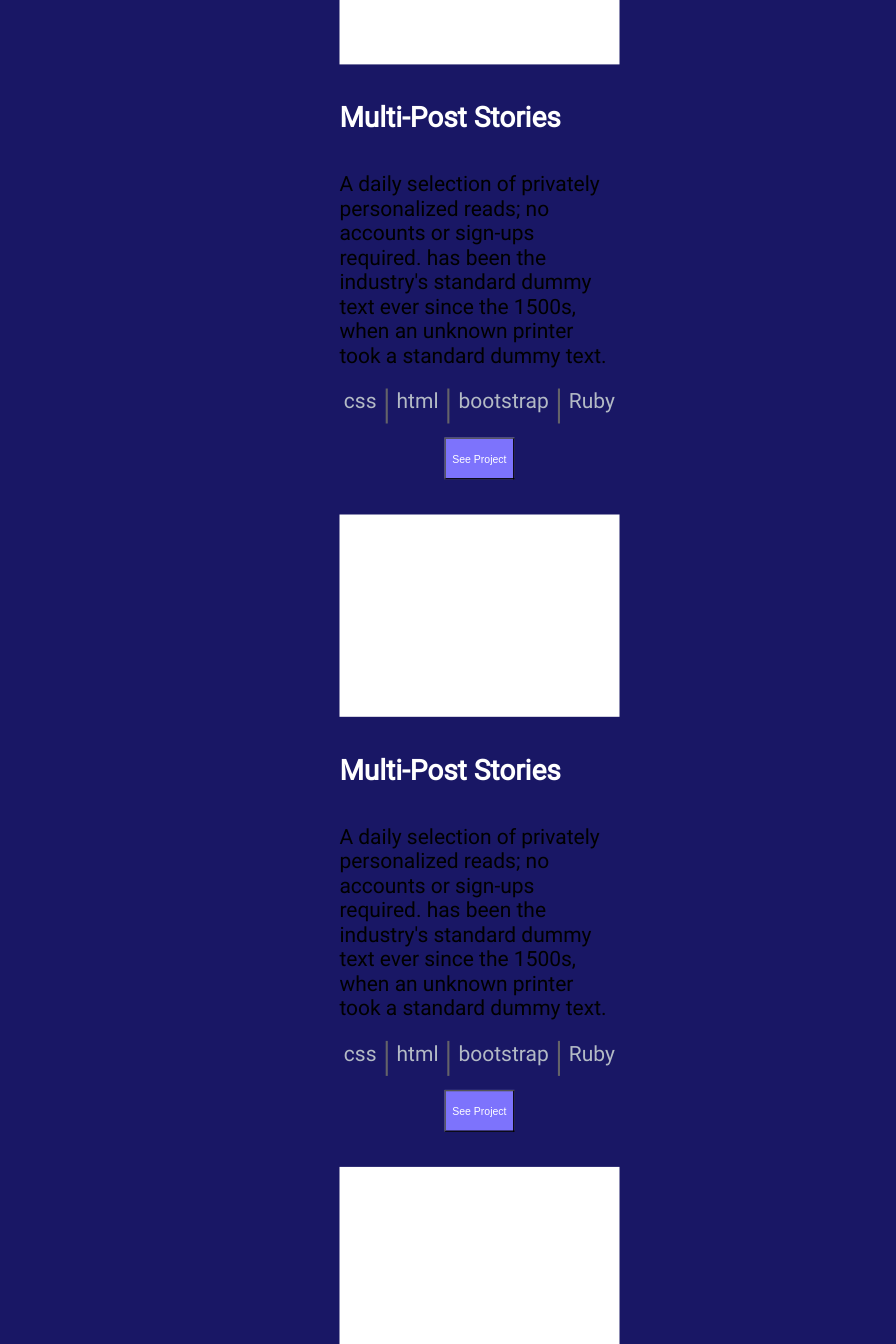
Repository: mustabbas/Portfolio
Page: index.html
The author's editor kept a copy of each file at every save. The page is drawn from the files as they stood at one save, then again after the next save.
The browser window is 1280 px wide. The pictures show the part of the page from y = 1410 to 3330 px (the page is 5808 px tall), at 70% of full size.

Above is the page before, as saved 2021-08-16 19:04:46.

### index.html
<!DOCTYPE html>
<html lang="en">
<head>
    <meta charset="UTF-8">
    <meta name="viewport" content="width=device-width, initial-scale=1.0">
    <meta http-equiv="X-UA-Compatible" content="ie=edge">
    <link rel="stylesheet" href="style.css"/>
    <title>Mustafa Portfolio</title>
</head>
<body>
    <section class="container">
        <header class="header">
            <a href="#"><h2>Mustafa Abbas</h2></a>
            <nav class="humberger">
            <img  src="./assets/img/humberger.png" alt="humberger"/>
            <img  src="./assets/img/humberger.png" alt="humberger"/>
            <img  src="./assets/img/humberger.png" alt="humberger"/>
            </nav>
            <ul class="main-nav">
                <li><a href="#">Portoflio</a></li>
                <li><a href="#">About</a></li>
                <li><a href="#">Contact</a></li>
                <li ><a href="#"><img class="email-pic" src="./assets/img/Icon-Mail.png" alt="email"/></a></li >
            </ul>
        </header>
        <div class="head-wraper">
            <div class="title-wraper">
                <h1>Mustafa Abbas</h1>
                <h2>Software Developer</h2>
            </div>
        </div>
        <div class="box"><p>I can help you build a product , feature or website Look through some of my work and experience! If you like what you see and have a project you need coded,  don’t hestiate to contact me.</p></div>
        <div class="line"></div>
        <div class="skills">
        <ul>
            <li>Language</li>
            <li>Javascript</li>
            <li>Ruby</li>
            <li>Html</li>
            <li>Css</li>
        </ul>
        <ul>
            <li>Frameworks</li>
            <li>Ruby on Rails</li>
            <li>Bootstrap</li>
            <li>RSPec</li>
            <li>CapyBara</li>
        </ul>
        <ul>
            <li>Skills</li>
            <li>Codekit</li>
            <li>Github</li>
            <li>Codepen</li>
            <li>Gitlab</li>
        </ul>
      </div>
      <div class="line"></div>
    </section>
        <div class="footer-nav">
            <div class="work-container upper">
            <span>Work</span>
            <div class="arrow-container">
            <img src="./assets/img/Vector-line-arrow.png" alt="Vector-line-arrow"/>
            <img src="./assets/img/Vector-arrow.png" alt="Vector-arrow"/>
             </div>
            </div>
            <div class="vector-container">
                <ul>
                    <li><img src="./assets/img/Vector-github.png" alt="Vector-github"/></li>
                    <li>
                        <div class="linked-container">
                            <div>
                                <img src="./assets/img/Vector-dot-linkedin.png" alt="Vector-dot-linkedin"/>
                                <img src="./assets/img/Vector-line-linkedin.png" alt="Vector-line-linkedin"/>
                          </div>
                                <img id="vector2" src="./assets/img/Vector-n-linkedin.png" alt="Vector-n-linkedin"/>
                         </div>
                    </li>
                    <li> <img src="./assets/img/Vector.png" alt="Vector"/></li>
                    <li><img src="./assets/img/Vector-twitter.png" alt="Vector-twitter"/></li>
                    <li> <img src="./assets/img/Vector-M.png" alt="Vector-M"/></li>
                </ul>

             </div>
             <div class="work-container">
            <div class="arrow-container">
            <img src="./assets/img/Vector-line-arrow.png" alt="Vector-line-arrow"/>
            <img src="./assets/img/Vector-arrow.png" alt="Vector-arrow"/>
            </div>
            <span>Work</span>
            </div>
        </div>
    <section class="recent-work">
    <h3>My recent work</h3>
    <div class="line"></div>
    <div class="card">
       <img src="./assets/img/Placeholder.png" alt="Placeholder"/>
       <div class="card-body">
           <h4>Multi-Post Stories</h4>
           <p>A daily selection of privately personalized reads; no accounts or sign-ups required. has been the industry's standard dummy text ever since the 1500s, when an unknown printer took a standard dummy text.</p>
            <ul>
                <li>css</li>
                <li class="vertical-line"></li>
                <li>html</li>
                <li class="vertical-line"></li>
                <li>bootstrap</li>
                <li class="vertical-line"></li>
                <li>Ruby</li>
            </ul>
            <button class="button">See Project</button>
       </div>
    </div>
    <div class="card">
        <img src="./assets/img/Placeholder.png" alt="Placeholder"/>
        <div class="card-body">
            <h4>Multi-Post Stories</h4>
            <p>A daily selection of privately personalized reads; no accounts or sign-ups required. has been the industry's standard dummy text ever since the 1500s, when an unknown printer took a standard dummy text.</p>
             <ul>
                 <li>css</li>
                 <li class="vertical-line"></li>
                 <li>html</li>
                 <li class="vertical-line"></li>
                 <li>bootstrap</li>
                 <li class="vertical-line"></li>
                 <li>Ruby</li>
             </ul>
             <button class="button">See Project</button>
        </div>
     </div>
     <div class="card">
        <img src="./assets/img/Placeholder.png" alt="Placeholder"/>
        <div class="card-body">
            <h4>Multi-Post Stories</h4>
            <p>A daily selection of privately personalized reads; no accounts or sign-ups required. has been the industry's standard dummy text ever since the 1500s, when an unknown printer took a standard dummy text.</p>
             <ul>
                 <li>css</li>
                 <li class="vertical-line"></li>
                 <li>html</li>
                 <li class="vertical-line"></li>
                 <li>bootstrap</li>
                 <li class="vertical-line"></li>
                 <li>Ruby</li>
             </ul>
             <button class="button">See Project</button>
        </div>
     </div>
     <div class="card">
        <img src="./assets/img/Placeholder.png" alt="Placeholder"/>
        <div class="card-body">
            <h4>Multi-Post Stories</h4>
            <p>A daily selection of privately personalized reads; no accounts or sign-ups required. has been the industry's standard dummy text ever since the 1500s, when an unknown printer took a standard dummy text.</p>
             <ul>
                 <li>css</li>
                 <li class="vertical-line"></li>
                 <li>html</li>
                 <li class="vertical-line"></li>
                 <li>bootstrap</li>
                 <li class="vertical-line"></li>
                 <li>Ruby</li>
             </ul>
             <button class="button">See Project</button>
        </div>
     </div>
    </section>

    <section class="card-container">
        <div class="card">
        <div class="card-body">
        <h3>CONTACT US</h3>
        <p>If you have an application you are interested in developing, a feature that you need built or a project that needs coding. I’d love to help with it </p>
        <input type="text" placeholder="Text Input" />
        <input type="email" placeholder="jeremy@gmail.com" />
        <textarea rows="15" cols="48" placeholder="Enter text here"></textarea>
        <button class="button">See Project</button>
        </div>
        <div class="footer-nav">
            <div class="work-container upper">
            <span>Work</span>
            <div class="arrow-container">
            <img src="./assets/img/Vector-line-arrow.png" alt="Vector-line-arrow"/>
            <img src="./assets/img/Vector-arrow.png" alt="Vector-arrow"/>
             </div>
            </div>
            <div class="vector-container">
                <ul>
                    <li><img src="./assets/img/Vector-github.png" alt="Vector-github"/></li>
                    <li>
                        <div class="linked-container">
                            <div>
                                <img src="./assets/img/Vector-dot-linkedin.png" alt="Vector-dot-linkedin"/>
                                <img src="./assets/img/Vector-line-linkedin.png" alt="Vector-line-linkedin"/>
                          </div>
                                <img src="./assets/img/Vector-n-linkedin.png" alt="Vector-n-linkedin"/>
                         </div>
                    </li>
                    <li> <img src="./assets/img/Vector.png" alt="Vector"/></li>
                    <li><img src="./assets/img/Vector-twitter.png" alt="Vector-twitter"/></li>
                    <li> <img src="./assets/img/Vector-M.png" alt="Vector-M"/></li>
                </ul>

             </div>
            <span>emailhere@email.com</span>
        </div>
    </div>
    </section>


</body>
</html>

### style.css
@font-face {
  font-family: 'roboto';
  src: url(assets/font/Roboto/Roboto-Regular.ttf);
}

body {
  background-color: #191765;
  font-family: 'roboto', sans-serif;
}

ul {
  margin: 0;
  padding: 0;
  list-style: none;
}

h1 {
  color: #9390ff;
}

p,
h2,
td,
li,
a,
span {
  color: #b3bac5;
}
p {color: black;}

.header {
  display: flex;
  justify-content: space-around;
  align-items: center;
}

.header a {
  text-decoration: none;
}

.main-nav {
  display: flex;
}

.main-nav a {
  display: block;
  padding: 1em;
  text-decoration: none;
}

.head-wraper {
  display: flex;
  justify-content: center;
  align-items: center;
  background-image: url("./assets/img/circle1header.svg");
  background-repeat: no-repeat;
  background-position: -160px -50px;
}

.title-wraper {
  flex-direction: column;
  justify-content: center;
}

.title-wraper h1 {
  font-size: 3rem;
}

.title-wraper h2 {
  font-size: 2rem;
  margin-top: 0;
}

.container {
  display: flex;
  flex-direction: column;
  justify-content: center;
  align-items: center;
  width: 500px;
}

.box {
  min-width: 450px;
  width: 33.333%;
  margin: 50px;
}

.box p {
  font-size: 20px;
  font-weight: 300;
  text-align: center;
  color: #b3bac5;
}

.line {
  min-width: 450px;
  width: 33.333%;
  border-bottom: 1px solid #646369;
}

.skills {
  display: flex;
  justify-content: space-between;
  flex-wrap: wrap;
  width: 500px;
  background-image: url("./assets/img/circle1header.svg");
  background-repeat: no-repeat;
  background-position: 400px 10px;
}

.skills ul {
  width: 40%;
  margin-top: 20px;
  margin-left: 40px;
}

.skills li {
  margin: 20px;
}

.skills ul li:first-child {
  color: #9390ff;
}

.email-pic {
  color: #b3bac5;
}

.footer-nav {
  display: flex;
  justify-content: space-around;
  align-items: center;
  margin-top: 40px;
}

.work-container .work-container2 {
  display: flex;
  justify-content: space-around;
}

.vector-container ul {
  display: flex;
  justify-content: center;
  align-items: center;
}

.vector-container img {
  margin-left: 10px;
}

.arrow-container {
  display: flex;
  flex-direction: column;
  align-items: flex-start;
  margin-right: 10px;
}

.arrow-container img:first-child {
  margin-left: 9px;
}

.arrow-container img:last-child {
  margin-top: -8px;
}

.linked-container {
  display: flex;
}

.linked-container div {
  display: flex;
  flex-direction: column;
}

#vector2 {
  margin-left: auto;
}

h3 {
  font-size: 45px;
  color: #9390ff;
  margin: 20px;
  text-transform: uppercase;
  margin-left: 150px;
}

.recent-work {
  display: grid;
  grid-template-columns: auto;
  grid-template-rows: auto;
  justify-content: center;
}

.card-container {
  display: grid;
  grid-template-columns: auto;
  grid-template-rows: auto;
  justify-content: center;
}

.card {
  display: flex;
  flex-direction: column;
  width: 400px;
  margin-left: 120px;
  margin-top: 50px;
}

.card-body h4 {
  font-size: 40px;
  color: #fff;
}

.card-body p {
  font-size: 30px;
  text-align: left;
}

.card-body h3 {
  font-size: 45px;
  color: #9390ff;
  margin: 20px;
  text-transform: uppercase;
}

.card-body ul {
  display: flex;
  justify-content: space-around;
  font-size: 30px;
  /* text-align: left; */
}

.card-body li {
   float: left;
}

.vertical-line {
  height: 50px;
  border-right: 3px solid #646369;
}

.button {
  background-color: #7d73fc;
  width: 100px;
  height: 60px;
  color: #fff;
  font-size: 15px;
  margin-top: 20px;
  margin-left: 150px;
}

.button:hover {
  box-shadow: 0 8px 16px rgba(125, 115, 252, 0.48);
}

input {
  width: 100%;
  height: 60px;
  padding: 12px 20px;
  margin: 8px 0;
  display: inline-block;
  border: 1px solid #ccc;
  border-radius: 4px;
  box-sizing: border-box;
}

textarea::placeholder {
  font-size: 20px;
  padding: 20px;
}

@media only screen and (max-width: 500px) {
  .header {
    width: 500px;
    justify-content: space-around;
  }

  .header ul {
    display: none;
  }

  .main-nav {
    flex-direction: column;
  }

  .head-wraper {
    width: 500px;
  }

  .head-wraper img {
    margin-left: -200px;
  }

  .right {
    margin-right: -100px;
  }

  .container img {
    margin-right: -500px;
  }

  .humberger {
    display: flex;
    flex-direction: column;
    justify-content: space-between;
  }

  .humberger img {
    width: 33.33px;
    height: 3px;
    margin: 5px;
    background-color: #b3bac5;
  }

  .footer-nav {
    width: 500px;
    flex-direction: column;
  }

  .upper {
    display: none !important;
  }

  .work-container {
    display: flex;
    margin-top: 30px;
  }
}

After the next save:
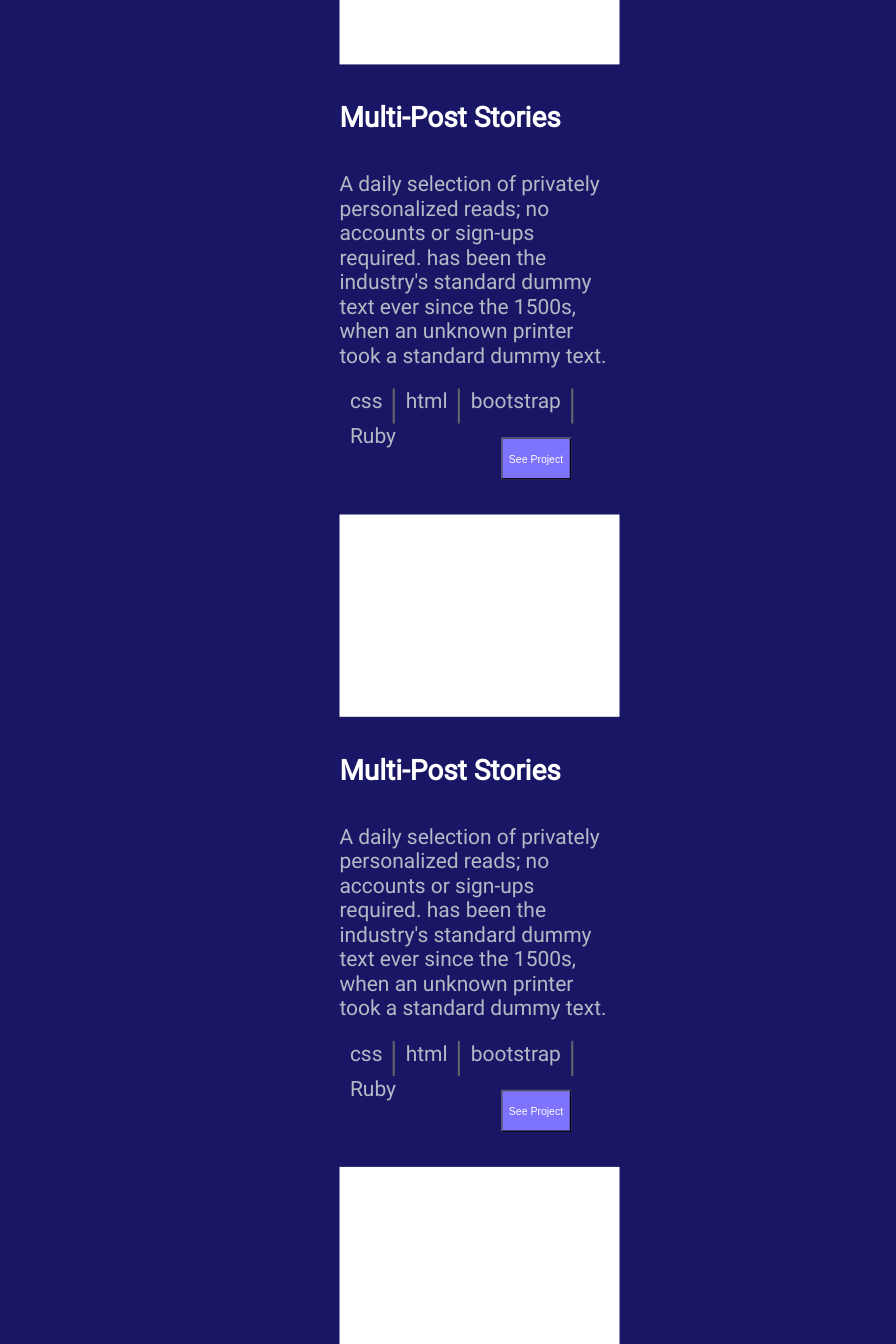
Saved 14 min 54 s later.
--- a/style.css
+++ b/style.css
@@ -26,7 +26,7 @@ a,
 span {
   color: #b3bac5;
 }
-p {color: black;}
+/* p {color: black;} */
 
 .header {
   display: flex;
@@ -224,14 +224,15 @@ h3 {
 }
 
 .card-body ul {
-  display: flex;
-  justify-content: space-around;
+  /* display: flex;
+  justify-content: space-around; */
   font-size: 30px;
   /* text-align: left; */
 }
 
 .card-body li {
    float: left;
+   margin-left: 15px;
 }
 
 .vertical-line {
